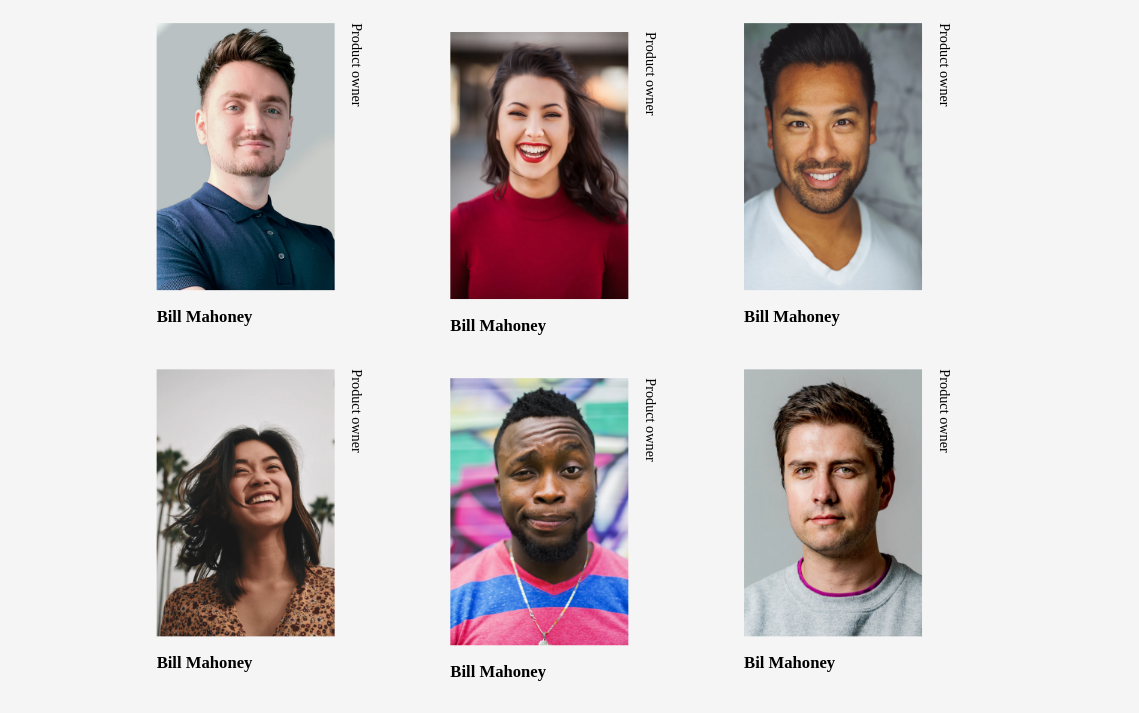
Repository: georgisenze/my-team-page-challeng
Page: index.html
An editor plug-in stored every save of this project. The page is shown before and after the next save, followed by the edit.
The browser window is 1280 px wide. The pictures show the whole page, at 89% of full size.

Above is the page before, as saved 2023-02-22 22:22:57.

### index.html
<!DOCTYPE html>
<html lang="en">
<head>
    <meta charset="UTF-8">
    <meta http-equiv="X-UA-Compatible" content="IE=edge">
    <meta name="viewport" content="width=device-width, initial-scale=1.0">
    <title>My team page</title>

    <link rel="stylesheet" href="assets/css/style.css">
</head>
<body>
     <div class="container" id="container">
        <div class="box">
            <span>
                <img src="assets/img/photo1.png" alt="">
                <p>Product owner</p>
            </span>
            <h3>Bill Mahoney</h3>
        </div>
        <div class="box-centre">
            <span>
                <img src="assets/img/photo2.png" alt="">
                <p>Product owner</p>
            </span>
            <h3>Bill Mahoney</h3>
        </div>
        <div class="box">
            <span>
                <img src="assets/img/photo3.png" alt="">
                <p>Product owner</p>
            </span>
            <h3>Bill Mahoney</h3>
        </div>
        <div class="box">
            <span>
                <img src="assets/img/photo4.png" alt="">
                <p>Product owner</p>
            </span>
            <h3>Bill Mahoney</h3>
        </div>
        <div class="box-centre">
            <span>
                <img src="assets/img/photo5.png" alt="">
                <p>Product owner</p>
            </span>
            <h3>Bill Mahoney</h3>
        </div>
        <div class="box">
            <span>
                <img src="assets/img/photo6.png" alt="">
                <p>Product owner</p>
            </span>
            <h3>Bil Mahoney</h3>
        </div>
      </div>
</body>
</html>

### assets/css/style.css
  body{
    margin: 0;
    padding: 0;
    background-color: whitesmoke;
  }

  .container {
    writing-mode: horizontal-tb;
    display: grid;
    justify-content: center;
    justify-items: center;
    align-items: center;
    align-content: center;
    grid-template-columns: 320px 320px 320px;
    /* grid-template-rows: repeat(2,minmax(100px, auto)); */
    grid-auto-flow: row;
    gap: 10px;
    padding: 1em;
  }

  .box-centre{
    padding-top: 20px;
  }

  img {
    width: 200px;
    height: 300px;
  }

  span{
    display: flex;
  }

  span p {
    writing-mode: vertical-rl;
    text-orientation: mixed;
  }

  label {
    --flow-space: 1rem;
    display: grid;
    grid-template-columns: 180px min-content;
    gap: 0.2rem;
  }

After the next save:
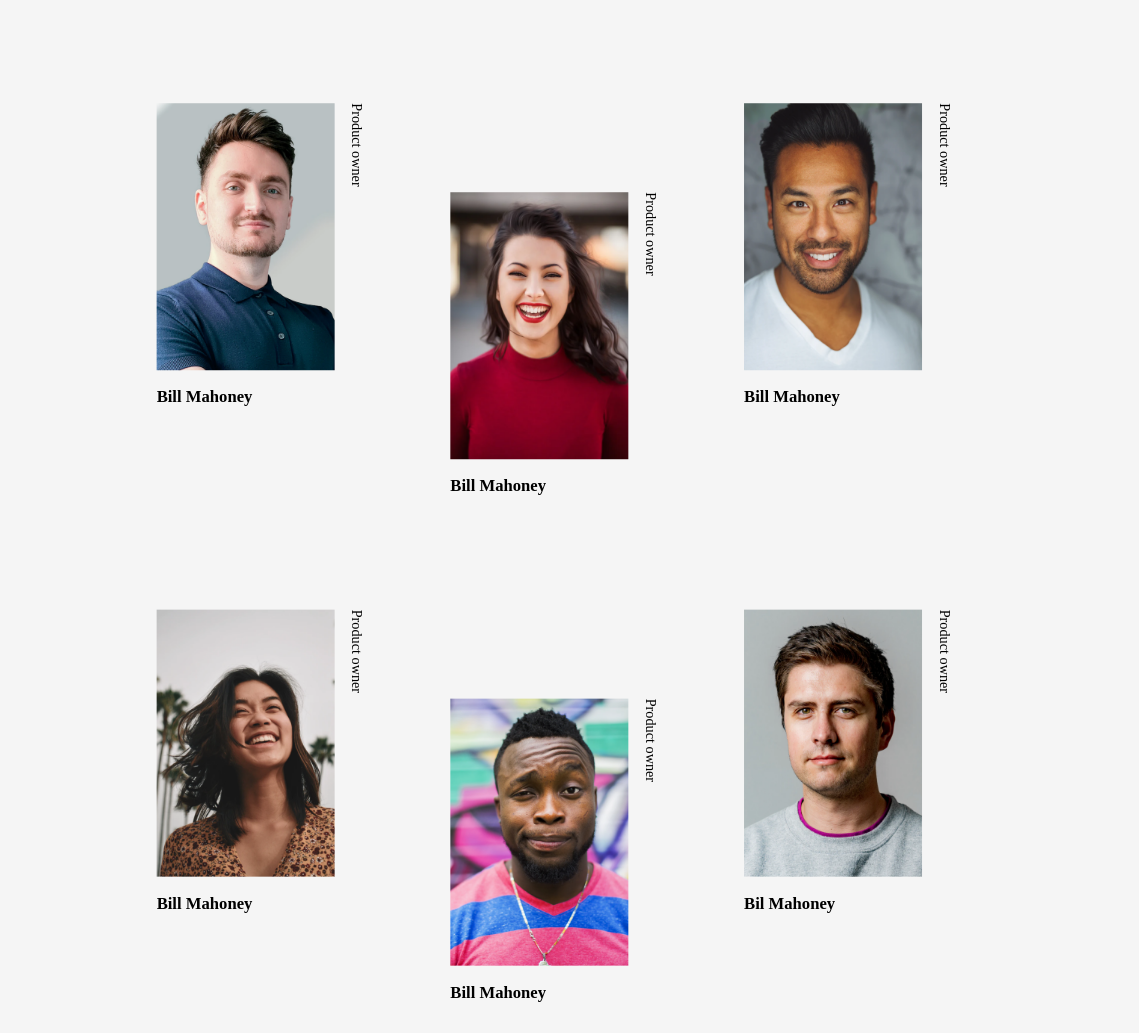
Saved 11 s later.
--- a/assets/css/style.css
+++ b/assets/css/style.css
@@ -19,7 +19,7 @@
   }
 
   .box-centre{
-    padding-top: 20px;
+    padding-top: 200px;
   }
 
   img {
